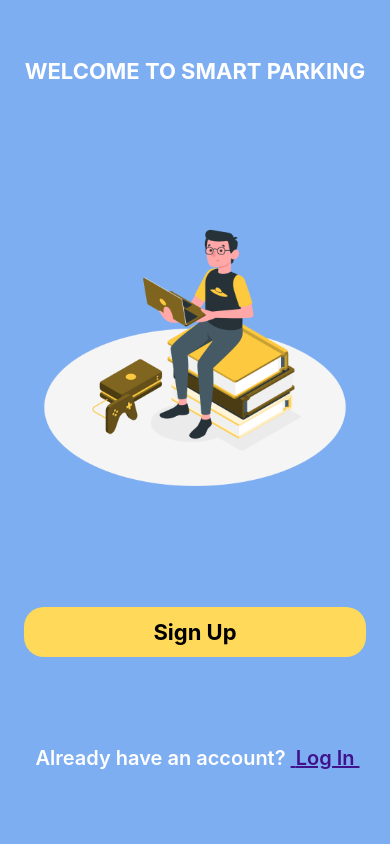
Repository: supakorn5039-boon/Intelligent-Parking-Assistant-by-Leveraging-AI-for-Real-Time-Parking-Space-Detection
Screen: / (app in client/)
These files come from the project's save history. The screen is drawn as it stood at one moment and after the next save; the edit follows.
The app was drawn by React Native's web renderer in a window 390 px wide. The project was rebuilt for these pictures with package versions that can differ from the ones it lists, and the page was loaded fresh each time. Also part of the build but not shown: client/screens/SignUpScreen.js, client/theme/theme.js, client/Map/Map.jsx, client/screens/Parkingslot.jsx, client/Location/Com.jsx.

Above is the screen before, as saved 2023-11-08 22:11:04.

### client/App.js
import React from "react";

import { createNativeStackNavigator } from "@react-navigation/native-stack";
import { NavigationContainer } from "@react-navigation/native";
import Login from "./screens/LoginScreen";
import Navigate from "./Nav/Navigate";

const Stack = createNativeStackNavigator();

const App = () => {
  return <Navigate />;
};

export default App;

### client/Nav/Navigate.jsx
import { View, Text } from "react-native";
import React from "react";
import { NavigationContainer } from "@react-navigation/native";
import { createNativeStackNavigator } from "@react-navigation/native-stack";
import Register from "../screens/SignUpScreen";
import Login from "../screens/LoginScreen";
import Welcome from "../screens/WelcomeScreen";
import Map from "../Map/Map";
import Com from "../Location/Com";

const Stack = createNativeStackNavigator();

const screenOptions = {
  headerShown: false,
};

const Navigate = () => {
  return (
    <NavigationContainer>
      <Stack.Navigator initialRouteName="Welcome" screenOptions={screenOptions}>
        <Stack.Screen
          name="Welcome"
          screenOptions={screenOptions}
          component={Welcome}
        />
        <Stack.Screen
          name="Login"
          screenOptions={screenOptions}
          component={Login}
        />
        <Stack.Screen
          name="Register"
          screenOptions={screenOptions}
          component={Register}
        />
        <Stack.Screen
          name="Map"
          screenOptions={screenOptions}
          component={Map}
        />

        {/* <Stack.Screen
          name="Com"
          screenOptions={screenOptions}
          component={Com}
        /> */}
      </Stack.Navigator>
    </NavigationContainer>
  );
};

export default Navigate;

### client/screens/WelcomeScreen.js
import { useNavigation } from "@react-navigation/native";
import React from "react";
import {
  View,
  Text,
  Image,
  SafeAreaView,
  StyleSheet,
  TouchableOpacity,
} from "react-native";
import { themeColors } from "../theme/index";

export default function Welcome() {
  const navigation = useNavigation();

  return (
    <SafeAreaView style={{ flex: 1, backgroundColor: themeColors.bg }}>
      <View style={styles.container}>
        <Text style={styles.text}>WELCOME TO SMART PARKING</Text>

        <View style={styles.imageContainer}>
          <Image
            source={require("../Images/welcome.png")}
            style={styles.image}
          />
        </View>

        <View style={styles.VS}>
          <TouchableOpacity
            onPress={() => navigation.navigate("Register")}
            style={styles.space}
          >
            <Text style={styles.textSign}>Sign Up</Text>
          </TouchableOpacity>
        </View>

        <View style={styles.AR}>
          <Text style={styles.TextAr}> Already have an account? </Text>
          <TouchableOpacity onPress={() => navigation.navigate("Login")}>
            <Text style={styles.FL}> Log In </Text>
          </TouchableOpacity>
        </View>
      </View>
    </SafeAreaView>
  );
}

const styles = StyleSheet.create({
  container: {
    flex: 1,
    justifyContent: "space-around",
    marginTop: 16,
    marginBottom: 16,
  },
  text: {
    color: "white",
    fontWeight: "bold",
    fontSize: 22,
    textAlign: "center",
  },
  imageContainer: {
    alignItems: "center",
  },
  image: {
    width: 350,
    height: 350,
  },
  space: {
    paddingVertical: 12,
    paddingHorizontal: 0,
    backgroundColor: "#FFD95A",
    marginHorizontal: 24,
    borderRadius: 20,
  },
  textSign: {
    fontWeight: "bold",
    textAlign: "center",
    color: "black",
    fontSize: 22,
  },
  VS: {
    marginVertical: 4,
  },

  AR: {
    flexDirection: "row",
    justifyContent: "center",
  },
  TextAr: {
    color: "white",
    fontWeight: "600",
    fontSize: 20,
    marginBottom: 16,
  },
  FL: {
    fontWeight: "600",
    color: "#40128B",
    fontSize: 20,
    marginBottom: 16,
    textDecorationLine: "underline",
  },
});

### client/theme/index.js
export const themeColors = {
  bg: "#7EAEF2",
};

### client/screens/LoginScreen.js
import React, { useState } from "react";
import {
  View,
  Text,
  TouchableOpacity,
  Image,
  TextInput,
  StyleSheet,
} from "react-native";
import { SafeAreaView } from "react-native-safe-area-context";
import { ArrowLeftIcon } from "react-native-heroicons/solid";
import { useNavigation } from "@react-navigation/native";

export default function Login() {
  const navigation = useNavigation();
  const [Email, setEmail] = useState(null);
  const [Password, setPassword] = useState(null);

  return (
    <View style={styles.container}>
      <SafeAreaView style={{ flex: 1 }}>
        <View style={styles.header}>
          <TouchableOpacity
            onPress={() => navigation.goBack()}
            style={styles.backButton}
          >
            <ArrowLeftIcon size={20} color="black" />
          </TouchableOpacity>
        </View>
        <View style={styles.imageContainer}>
          <Image source={require("../Images/login.png")} style={styles.image} />
        </View>
      </SafeAreaView>
      <View style={styles.formContainer}>
        <View style={styles.form}>
          <Text style={styles.inputLabel}>Email Address</Text>

          <TextInput
            style={styles.textInput}
            value={Email}
            onChangeText={setEmail}
            placeholder="Enter Name"
          />

          <Text style={styles.inputLabel}>Password</Text>

          <TextInput
            style={styles.textInput}
            value={Password}
            onChangeText={setPassword}
            placeholder="Enter Password"
          />

          <TouchableOpacity
            onPress={() => navigation.navigate("Map")}
            style={styles.loginButton}
          >
            <Text style={styles.loginButtonText}>Login</Text>
          </TouchableOpacity>
        </View>
        <Text style={styles.orText}>Or</Text>
        <View style={styles.socialButtonsContainer}>
          <TouchableOpacity style={styles.socialButton}>
            <Image
              source={require("../assets/Icons/google.png")}
              style={styles.socialIcon}
            />
          </TouchableOpacity>
          <TouchableOpacity style={styles.socialButton}>
            <Image
              source={require("../assets/Icons/apple.png")}
              style={styles.socialIcon}
            />
          </TouchableOpacity>
        </View>
        <View style={styles.signupContainer}>
          <Text style={styles.LoginText}>Don't have an account?</Text>
          <TouchableOpacity onPress={() => navigation.navigate("Signup")}>
            <Text style={styles.LoginLink}>Sign Up</Text>
          </TouchableOpacity>
        </View>
      </View>
    </View>
  );
}

const styles = StyleSheet.create({
  container: {
    flex: 1,
    backgroundColor: "#7EAEF2",
  },
  header: {
    flexDirection: "row",
    justifyContent: "start",
  },
  backButton: {
    backgroundColor: "#FFD95A",
    padding: 8,
    borderTopRightRadius: 20,
    borderBottomRightRadius: 20,
    marginLeft: 16,
  },
  imageContainer: {
    flexDirection: "row",
    justifyContent: "center",
  },
  image: {
    width: 200,
    height: 200,
  },
  formContainer: {
    borderTopLeftRadius: 50,
    borderTopRightRadius: 50,
    flex: 1,
    backgroundColor: "white",
    paddingHorizontal: 24,
    paddingVertical: 32,
  },
  form: {
    marginBottom: 20,
  },
  inputLabel: {
    color: "gray",
    marginLeft: 16,
  },
  textInput: {
    padding: 16,
    backgroundColor: "#F0F0F0",
    borderRadius: 20,
    marginBottom: 10,
  },
  forgotPasswordButton: {
    alignItems: "flex-end",
  },
  forgotPasswordText: {
    color: "gray",
    textAlign: "right",
  },
  loginButton: {
    paddingVertical: 10,
    backgroundColor: "#FFD95A",
    borderRadius: 20,
  },
  loginButtonText: {
    fontSize: 20,
    fontWeight: "bold",
    textAlign: "center",
    color: "gray",
  },
  orText: {
    fontSize: 24,
    fontWeight: "bold",
    textAlign: "center",
    color: "gray",
  },
  socialButtonsContainer: {
    flexDirection: "row",
    justifyContent: "center",
    spaceEvenly: 12,
  },
  socialButton: {
    padding: 2,
    backgroundColor: "#F0F0F0",
    borderRadius: 20,
  },
  socialIcon: {
    width: 40,
    height: 40,
  },
  signupContainer: {
    flexDirection: "row",
    justifyContent: "center",
    marginTop: 7,
  },
  LoginText: {
    color: "gray",
    fontWeight: "600",
    fontSize: 18,
    marginRight: 5,
  },
  LoginLink: {
    fontWeight: "600",
    color: "#FFD95A",
    fontSize: 18,
    textDecorationLine: "underline",
  },
});

After the next save:
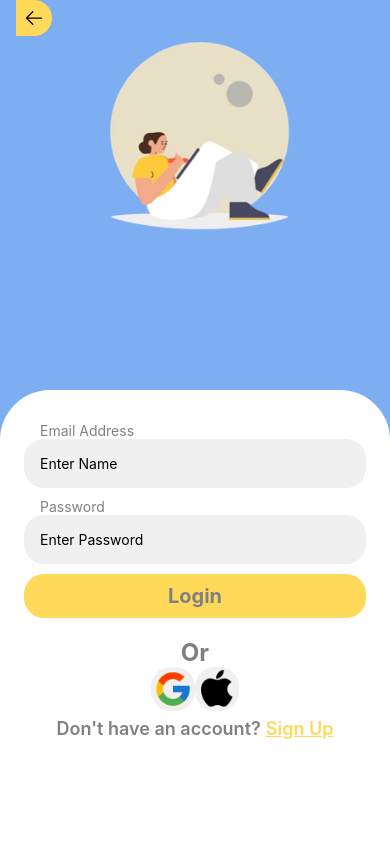
Saved 7 s later.
--- a/client/Nav/Navigate.jsx
+++ b/client/Nav/Navigate.jsx
@@ -17,7 +17,7 @@ const screenOptions = {
 const Navigate = () => {
   return (
     <NavigationContainer>
-      <Stack.Navigator initialRouteName="Welcome" screenOptions={screenOptions}>
+      <Stack.Navigator initialRouteName="Login" screenOptions={screenOptions}>
         <Stack.Screen
           name="Welcome"
           screenOptions={screenOptions}
